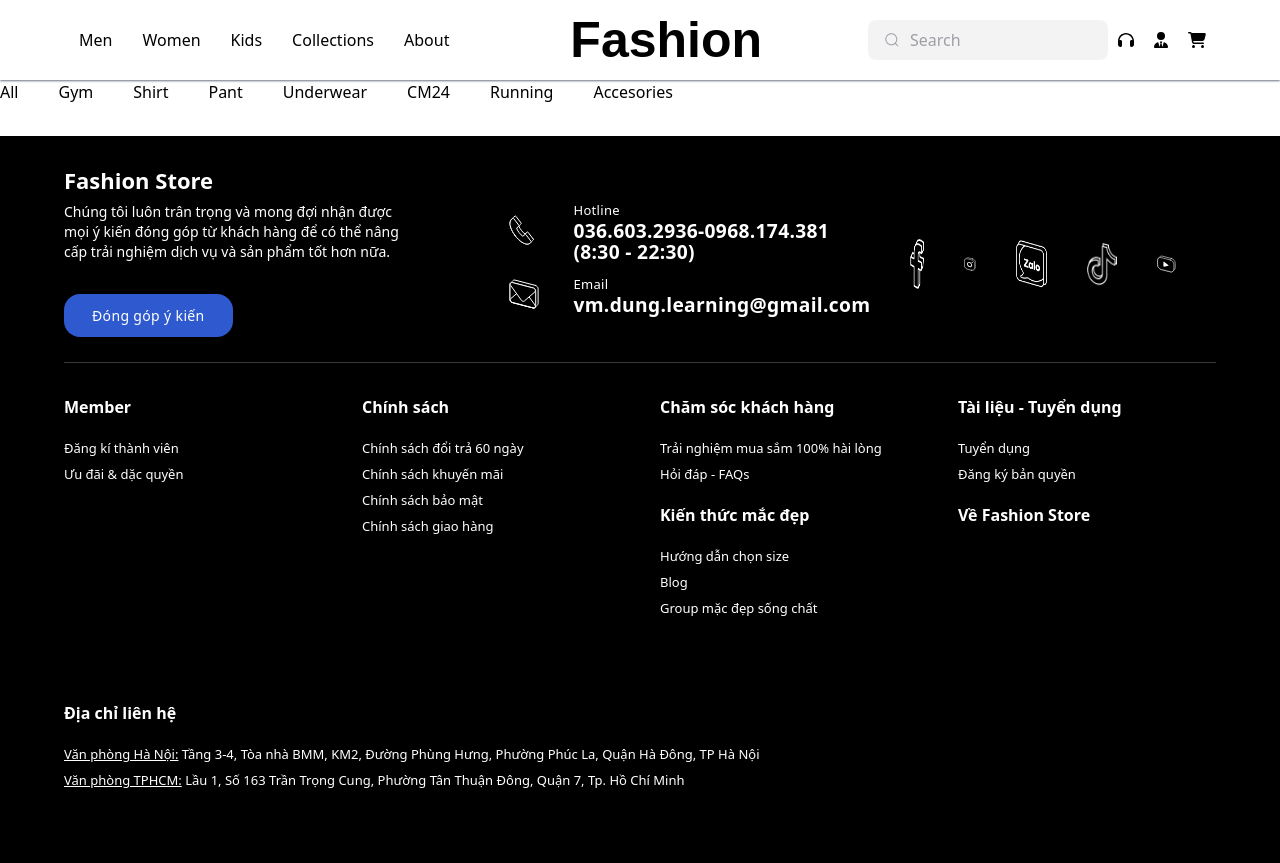
Repository: VuSnow/Software_Engineering
Page: /products
The author's editor kept a copy of each file at every save. The page is drawn from the files as they stood at one save, then again after the next save.
The browser window is 1280 px wide. The pictures show the whole page.
The project was rebuilt for these pictures with package versions that can differ from the ones it lists, and the page was loaded fresh each time. The framework's server and built-in components were replaced by stand-ins that run in the browser. Also part of the build but not shown: next.config.js, src/components/cart/CartItem/CartItem.tsx, src/components/cart/Cart.tsx.

Above is the page before, as saved 2023-06-25 10:25:05.

After the next save:
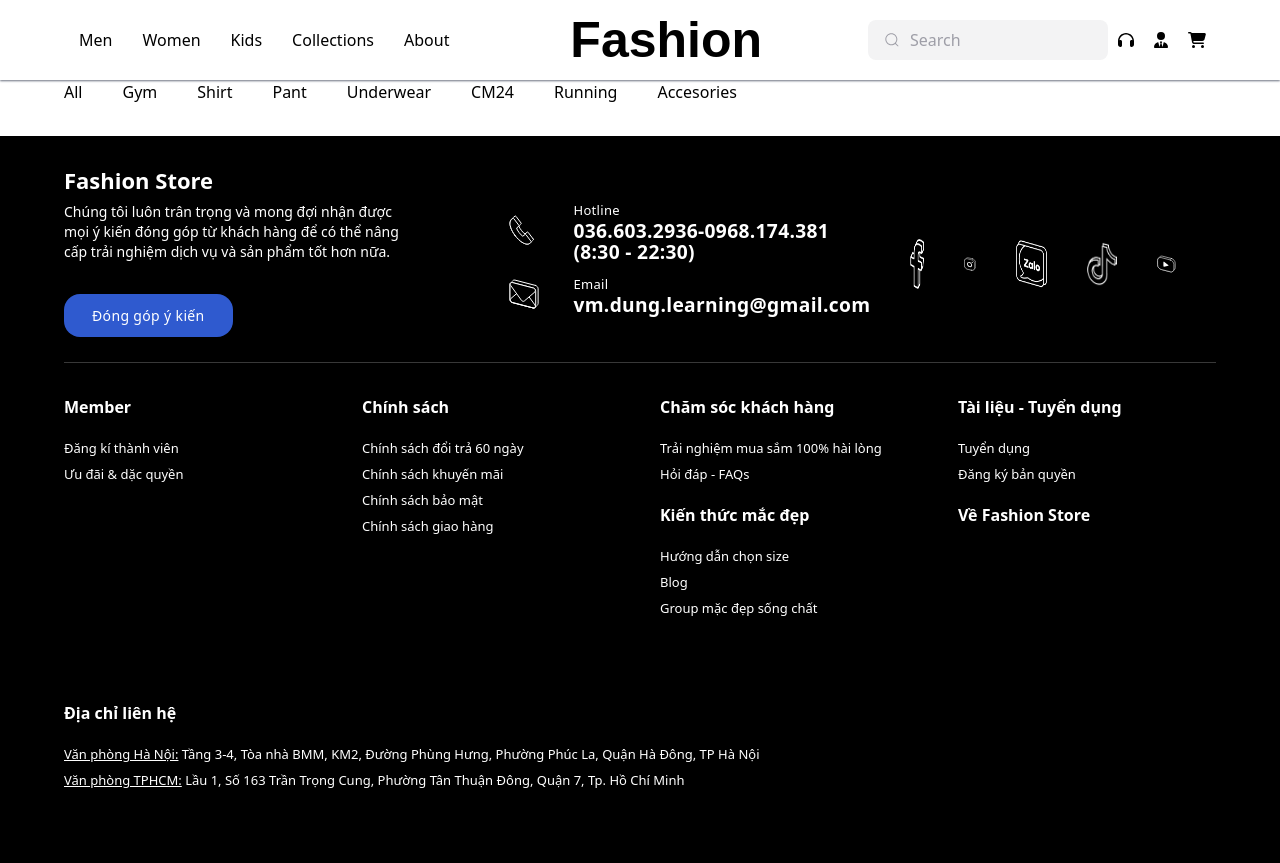
Saved 10 s later.
--- a/src/app/products/page.tsx
+++ b/src/app/products/page.tsx
@@ -3,7 +3,7 @@ import Link from "next/link";
 
 const Products = () => {
   return (
-    <section className="mt-20">
+    <section className="mt-20 px-[5%]">
       <div className="container">
         <div className="categories-list">
           <div className="tab-header flex gap-10">
